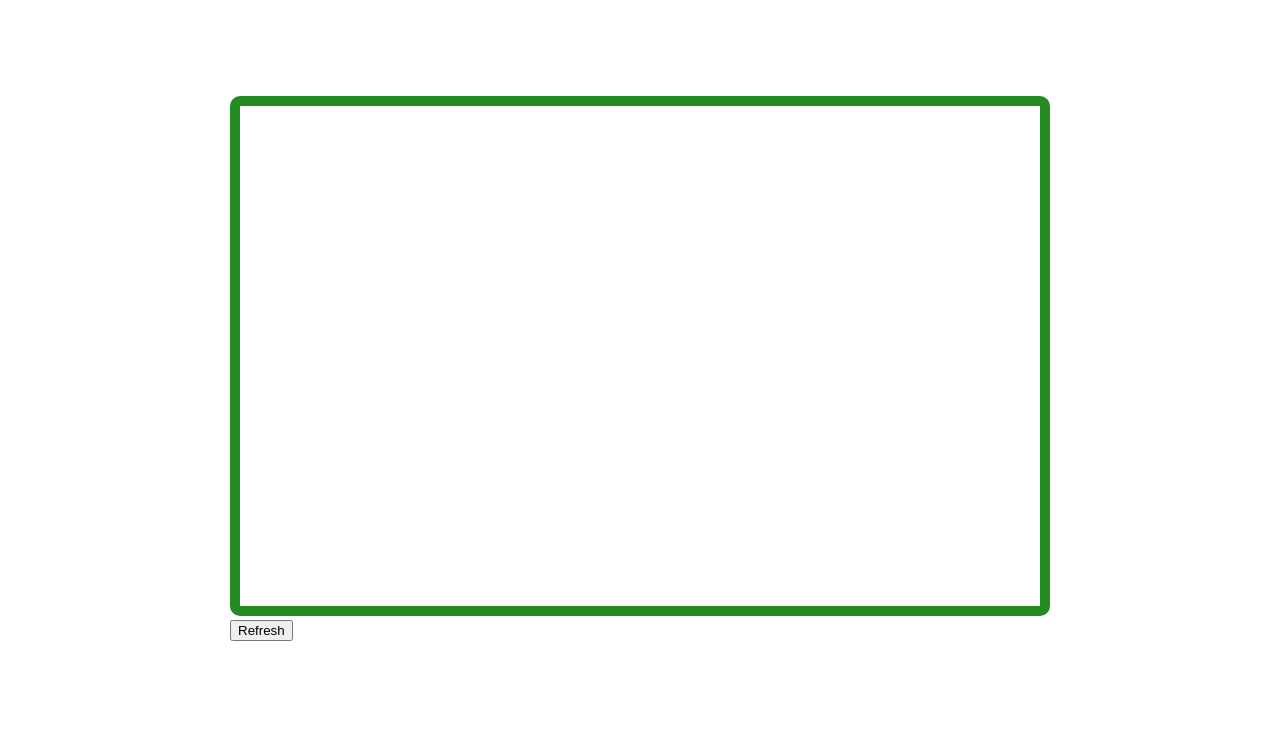
Repository: spidero7/Sketch-Canva
Page: index.html
The author's editor kept a copy of each file at every save. The page is drawn from the files as they stood at one save, then again after the next save.
The browser window is 1280 px wide. The pictures show the whole page.

Above is the page before, as saved 2021-09-05 07:39:49.

### index.html
<!DOCTYPE html>
<html lang="en">
<head>
    <meta charset="UTF-8">
    <meta http-equiv="X-UA-Compatible" content="IE=edge">
    <meta name="viewport" content="width=device-width, initial-scale=1.0">
    <title>Document</title>
    <link rel="stylesheet" href="style.css">
</head>
<body>
    <div class="canvasWrap">
        <canvas width="1600" height="1000" id="etch-a-sketch"></canvas>
        <div class="buttons">
            <button class="refresh-btn">Refresh</button>
        </div>
    </div>
    <script src="script.js"></script>
</body>
</html>

### style.css
body {
    min-height: 100vh;
    display: grid;
    align-items: center;
    justify-items: center;
    background:
}

canvas {
    border: solid 10px forestgreen;
    width: 80%;
    height: 500px;
    width: 800px;
    border-radius: 10px;
    background-color: white;
}

Loaded but not shown: script.js (no stored copy; drawn as an empty file)

After the next save:
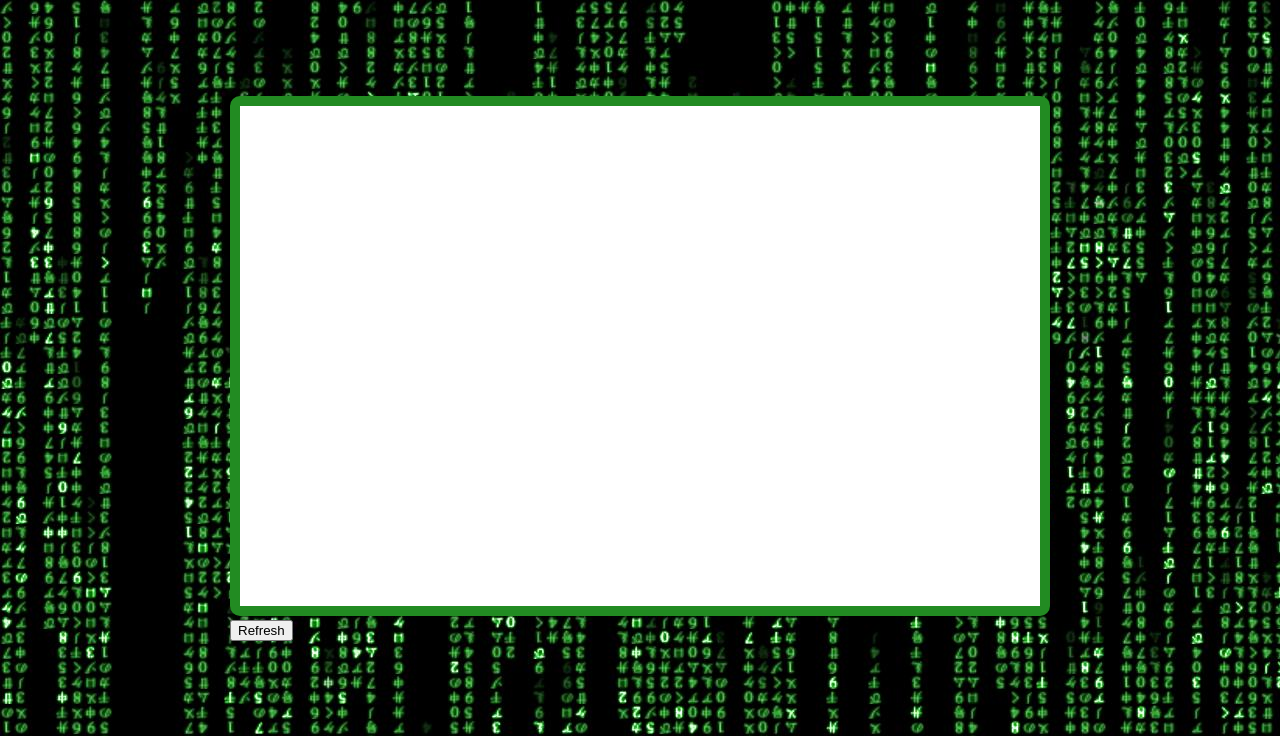
Saved 32 s later.
--- a/style.css
+++ b/style.css
@@ -3,7 +3,7 @@ body {
     display: grid;
     align-items: center;
     justify-items: center;
-    background:
+    background: url(Matrix.jpg)
 }
 
 canvas {
